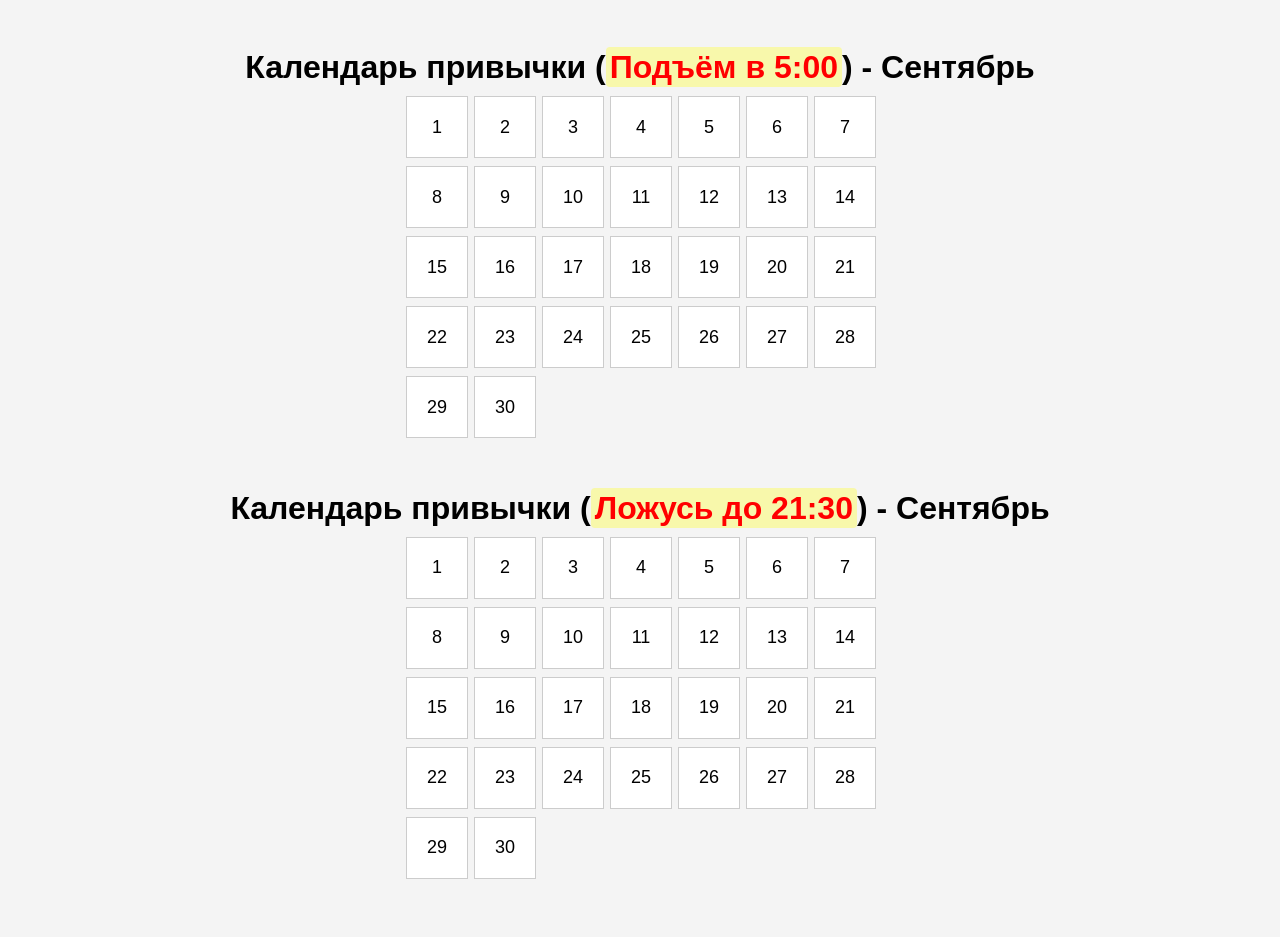
Repository: Pavel1776/doublecalendar
Page: index.html
These files come from the project's save history. The page is drawn as it stood at one moment and after the next save; the edit follows.
The browser window is 1280 px wide. The pictures show the whole page.

Above is the page before, as saved 2025-09-17 15:04:29.

After the next save:
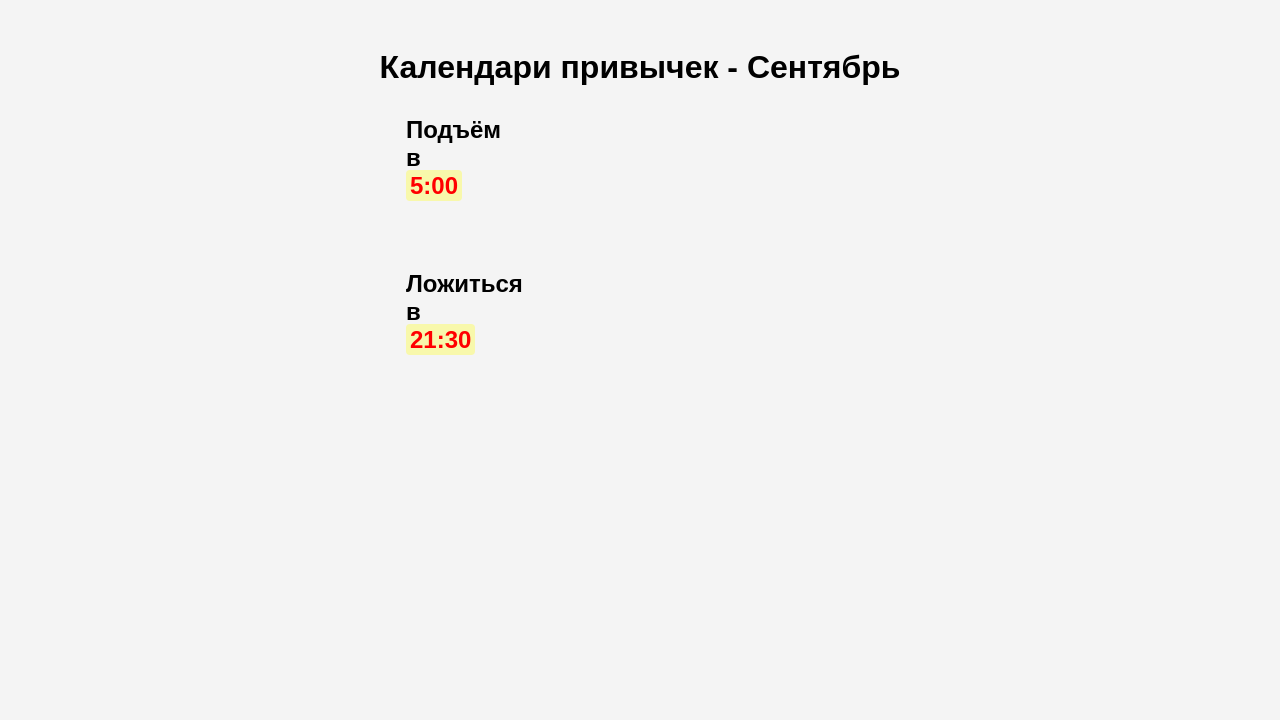
Console error: TypeError: Cannot read properties of null (reading 'appendChild')
Saved 4 min 8 s later.
--- a/index.html
+++ b/index.html
@@ -5,16 +5,26 @@
   <meta charset="UTF-8">
   <meta name="viewport" content="width=device-width, initial-scale=1.0">
   <link href="style.css" rel="stylesheet">
-  <title>Календарь привычек</title>
+  <title>Календари привычек</title>
 </head>
 
 <body>
 
-  <h1>Календарь привычки (<span class="highlight">Подъём в 5:00</span>) - Сентябрь</h1>
-  <div class="calendar" id="calendar-morning"></div>
+  <h1>Календари привычек - Сентябрь</h1>
 
-  <h1>Календарь привычки (<span class="highlight">Ложусь до 21:30</span>) - Сентябрь</h1>
-  <div class="calendar" id="calendar-bedtime"></div>
+  <div class="calendars-container">
+    <!-- Первый календарь -->
+    <div class="calendar">
+      <h2>Подъём в <span class="highlight">5:00</span></h2>
+      <div class="calendar-grid" id="calendar1"></div>
+    </div>
+
+    <!-- Второй календарь -->
+    <div class="calendar">
+      <h2>Ложиться в <span class="highlight">21:30</span></h2>
+      <div class="calendar-grid" id="calendar2"></div>
+    </div>
+  </div>
 
   <script src="script.js"></script>
 </body>
